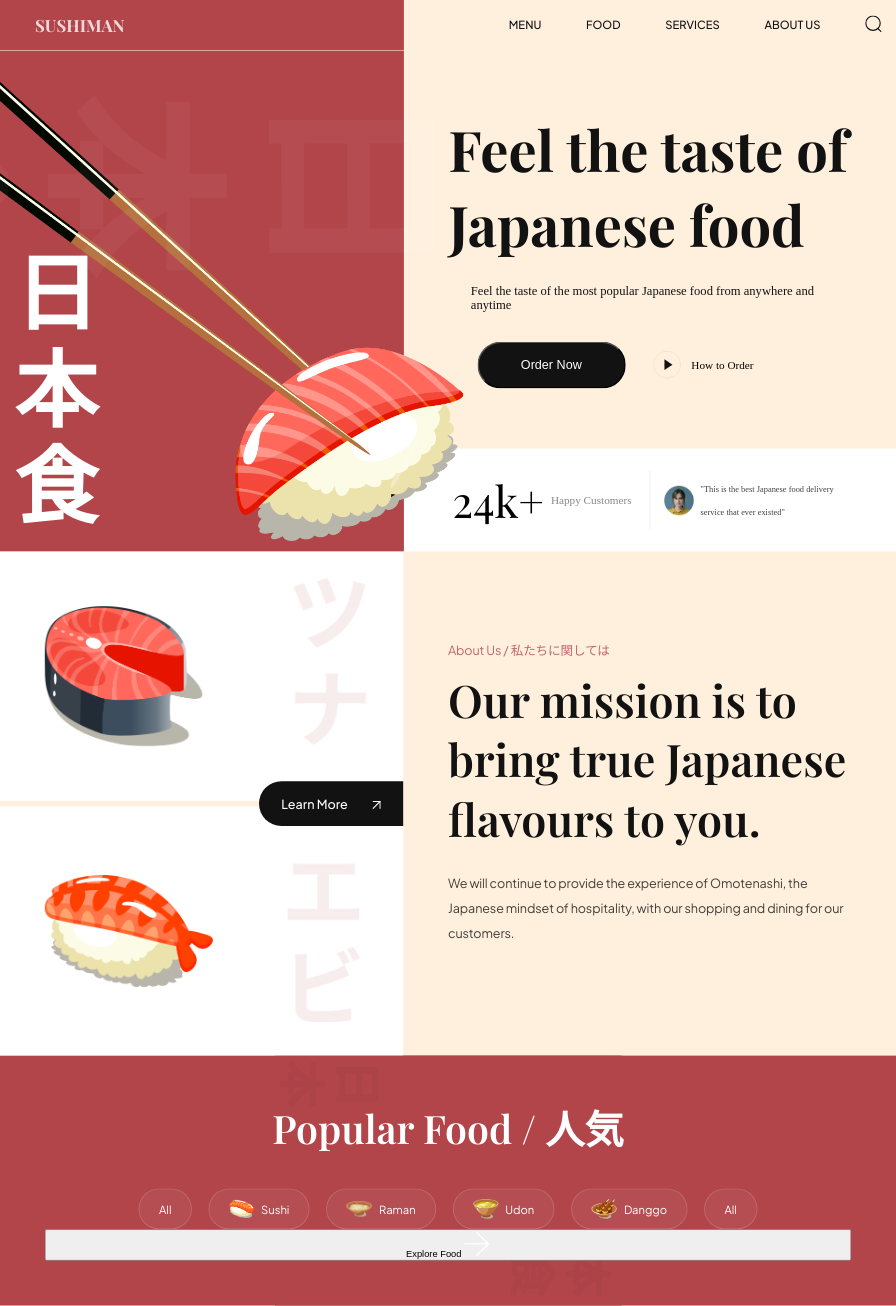
Repository: echoyol/sushiWebsite
Page: index.html
These files come from the project's save history. The page is drawn as it stood at one moment and after the next save; the edit follows.
The browser window is 1280 px wide. The pictures show the whole page, at 70% of full size.

Above is the page before, as saved 2023-06-04 20:02:57.

### index.html
<!DOCTYPE html>
<html lang="en">
  <head>
    <meta charset="UTF-8" />
    <meta
      http-equiv="X-UA-Compatible"
      content="IE=edge"
    />
    <meta
      name="viewport"
      content="width=device-width, initial-scale=1.0"
    />
    <link
      rel="icon"
      type="image/png"
      href="/public/sushi.png"
    />
    <link
      rel="stylesheet"
      href="/css/style.css"
    />
    <title>Sushiman</title>
  </head>
  <body>
    <header>
      <nav class="header_nav">
        <div class="header__logo">
          <h4>Sushiman</h4>
          <div class="header__logo-overlay"></div>
        </div>
        <ul class="header__menu">
          <li>
            <a href="#menu">Menu</a>
          </li>
          <li>
            <a href="#food">Food</a>
          </li>
          <li>
            <a href="#services">Services</a>
          </li>
          <li>
            <a href="#about-us">About Us</a>
          </li>
          <li>
            <img
              src="assets/search.svg"
              alt="search"
            />
          </li>
        </ul>
        <ul class="header__menu-mobile">
          <li>
            <img
              src="assets/menu.svg"
              alt="menu"
            />
          </li>
        </ul>
      </nav>
    </header>

    <section class="hero">
      <div class="hero-image">
        <img
          src="assets/sushi-1.png"
          alt="sushi"
        />
        <h2>
          日<br />
          本<br />
          食
        </h2>

        <div class="hero-image__overlay"></div>
      </div>

      <div class="hero-content">
        <div class="hero-content-info">
          <h1>Feel the taste of Japanese food</h1>
          <p>
            Feel the taste of the most popular Japanese food from anywhere and
            anytime
          </p>

          <div class="hero-content__buttons">
            <button class="hero-content__order-button">Order Now</button>
            <button class="hero-content__play-button">
              <img
                src="assets/play-circle.svg"
                alt="play"
              />
              How to Order
            </button>
          </div>
        </div>
        <div class="hero-content__testimonial">
          <div class="hero-content__customer flex-center">
            <h4>24<span>k+</span></h4>
            <p>Happy Customers</p>
          </div>

          <div class="hero-content__review">
            <img
              src="assets/user.png"
              alt="user"
            />
            <p>
              "This is the best Japanese food delivery service that ever
              existed"
            </p>
          </div>
        </div>
      </div>
    </section>

    <section
      class="about-us"
      id="about-us"
    >
      <div class="about-us__image">
        <div class="about-us__image-sushi3">
          <img
            src="assets/sushi-3.png"
            alt="sushi"
          />
        </div>

        <button class="about-us__button">
          Learn More

          <img
            src="assets/arrow-up-right.svg"
            alt="learn more"
          />
        </button>

        <div class="about-us__image-sushi2">
          <img
            src="assets/sushi-2.png"
            alt="sushi"
          />
        </div>
      </div>

      <div class="about-us__content">
        <p class="sushi__subtitle">About Us / 私たちに関しては</p>
        <h3 class="sushi__title">
          Our mission is to bring true Japanese flavours to you.
        </h3>
        <p class="sushi__description">
          We will continue to provide the experience of Omotenashi, the Japanese
          mindset of hospitality, with our shopping and dining for our
          customers.
        </p>
      </div>
    </section>

    <section
      class="popular-foods"
      id="menu"
    >
      <h2 class="popular-foods__title">Popular Food / 人気</h2>

      <div class="popular-foods__filters sushi__hide-scrollbar">
        <button class="popular-foods__filter-btn active">All</button>
        <button class="popular-foods__filter-btn">
          <img
            src="assets/sushi-9.png"
            alt="sushi 9"
          />
          Sushi
        </button>
        <button class="popular-foods__filter-btn">
          <img
            src="assets/sushi-8.png"
            alt="sushi 8"
          />
          Raman
        </button>
        <button class="popular-foods__filter-btn">
          <img
            src="assets/sushi-7.png"
            alt="sushi 7"
          />
          Udon
        </button>
        <button class="popular-foods__filter-btn">
          <img
            src="assets/sushi-6.png"
            alt="sushi 6"
          />
          Danggo
        </button>
        <button class="popular-foods__filter-btn active">All</button>
      </div>

      <div class="popular-foods__catalogue"></div>

      <button class="popular-foods__button">
        Explore Food
        <img
          src="assets/arrow-right.svg"
          alt="arrow-right"
        />
      </button>
    </section>
    <script
      src="js/script.js"
      type="module"
    ></script>
  </body>
</html>

### css/style.css
@import url('https://fonts.googleapis.com/css2?family=Playfair+Display:wght@400;500;600;700;800;900&display=swap');
@import url('https://fonts.googleapis.com/css2?family=Plus+Jakarta+Sans:wght@200;300;400;500;600;700;800&display=swap');

/* other css file imports */
@import url('sections/header.css');
@import url('sections/hero.css');
@import url('sections/about.css');
@import url('sections/popular.css');
@import url('sections/trending.css');
@import url('sections/subscribe.css');
@import url('sections/footer.css');

/* CSS variables for reusablity across all files (including above imported) */
:root {
  --playfair-display: 'Playfair Display', serif;
  --plus-jakarta-sans: 'Plus Jakarta Sans', sans-serif;

  --primary-color: #b1454a;
  --secondary-color: #121212;

  --black-200: #020202;
  --black-300: #333333;
  --black-400: #1f1e31;
  --black-500: #555555;
  --gray-100: #888888;

  --color-white: #fff;
  --color-creamson: #fff0de;
}

* {
  margin: 0;
  padding: 0;
  box-sizing: border-box;
  scroll-behavior: smooth;
}

body {
  max-width: 1280px;
  margin: 0 auto;
  background-color: var(--color-creamson);
}

a {
  text-decoration: none;
  color: inherit;
}

.flex-center {
  display: flex;
  justify-content: center;
  align-items: center;
}

.flex-between {
  display: flex;
  justify-content: space-between;
  align-items: center;
}

.sushi__subtitle {
  font-size: 18px;
  font-weight: 400;
  font-family: var(--plus-jakarta-sans);

  color: var(--primary-color);
  opacity: 0.8;

  letter-spacing: -0.01em;
}

.sushi__title {
  font-size: 64px;
  font-weight: 600;
  font-family: var(--playfair-display);

  color: var(--secondary-color);

  margin-top: 16px;
}

.sushi__description {
  font-size: 18px;
  font-weight: 400;
  font-family: var(--plus-jakarta-sans);

  line-height: 36px;
  letter-spacing: -0.01em;

  color: var(--secondary-color);
  opacity: 0.8;

  margin: 32px 0px;
}

/* Hide scrollbar for Chrome, Safari and Opera */
.sushi__hide-scrollbar::-webkit-scrollbar {
  display: none;
}

/* Hide scrollbar for IE, Edge and Firefox */
.sushi__hide-scrollbar {
  -ms-overflow-style: none; /* IE and Edge */
  scrollbar-width: none; /* Firefox */
}

/* START: about us media queries */
@media screen and (max-width: 1024px) {
  .about-us {
    flex-direction: column;
  }

  .about-us__image {
    flex-direction: row;
  }

  .about-us__image-sushi3 {
    border-bottom: none;
    border-right: 8px solid var(--color-creamson);
  }

  .about-us__button {
    display: none;
  }
}

@media screen and (max-width: 750px) {
  .about-us__image {
    flex-direction: column;
  }

  .about-us__image-sushi3 {
    border-bottom: 8px solid var(--color-creamson);
    border-right: none;
  }

  .about-us__button {
    display: block;
    top: 47%;
  }
}

@media screen and (max-width: 550px) {
  .about-us__image-sushi2 img,
  .about-us__image-sushi3 img {
    width: 50%;
    height: 160px;

    object-fit: contain;
  }

  .about-us__image div {
    padding: 32px;
  }

  .about-us__button {
    top: 44%;
  }

  .about-us__content {
    padding: 32px;
  }
}
/* END: about us media queries */

/* START: header media querie */
@media screen and (max-width: 900px) {
  .header__nav {
    background: var(--primary-color);
  }

  .header__menu {
    display: none;
  }

  .header__menu-mobile {
    display: flex;
  }
}

@media screen and (max-width: 550px) {
  .header__logo {
    padding-left: 0;
  }
}
/* END: header media queries */

/* START: hero media queries */
@media screen and (max-width: 1060px) {
  .hero {
    flex-direction: column;
  }

  .hero-image img {
    width: 100%;

    transform: matrix(1, 0.05, 0, 1.25, 0, 0) !important;
  }
}

@media screen and (max-width: 750px) {
  .hero-image h2 {
    font-size: 70px;
    line-height: 90px;
  }
}

@media screen and (max-width: 550px) {
  .hero-image h2 {
    font-size: 40px;
    line-height: 60px;
  }

  .hero-content-info {
    padding: 32px;
  }

  .hero-content-info h1 {
    font-size: 60px;
  }

  .hero-content-info p {
    margin: 32px 0;
  }

  .hero-content__buttons {
    margin: 41px 0;
  }

  .hero-content__testimonial {
    padding: 32px;
  }
}
/* END: hero media queries */

/* START: popular media queries */
@media screen and (max-width: 550px) {
  .popular-foods {
    padding: 64px 32px;
  }

  .popular-foods__card,
  .popular-foods__card.active-card {
    min-width: 100%;
  }
}
/* END: popular media queries */

/* START: subscribe media queries */
@media screen and (max-width: 550px) {
  .subscription {
    padding: 64px 32px;
  }

  .subscription h2 {
    font-size: 68px;
    line-height: 100px;
  }

  .subscription__form {
    flex-direction: column;
    gap: 20px;

    min-width: 100%;
    border-radius: 20px;
    padding: 0;

    border: none;
  }

  .subscription__form input {
    min-height: 50px;

    border: 1px solid rgba(255, 255, 255, 0.5);
    padding: 10px 20px;
    border-radius: 30px;
  }

  .subscription__form button {
    min-width: 100%;
  }
}
/* END: subscribe media queries */

/* START: trending media queries */
@media screen and (max-width: 1024px) {
  .trending-sushi {
    flex-direction: column;
  }

  .trending-drink {
    flex-direction: column-reverse;
  }

  .trending__image {
    width: 100%;
    background-size: cover;
  }

  .trending__discover {
    display: none;
  }

  .trending__arrow {
    display: none;
  }
}

@media screen and (max-width: 550px) {
  .trending__image img {
    width: 70%;
    height: 70%;
  }

  .trending__content {
    padding: 32px;
  }
}
/* END: trending media queries */

### js/script.js
// import AOS from 'aos'
// import 'aos/dist/aos.css'

// // init AOS animation
// AOS.init({
//   duration: 1000,
//   offset: 100,
// })

### css/sections/header.css
.header_nav {
  display: flex;
  overflow: hidden;
}

.header__logo {
  flex: 1;
  display: flex;
  position: relative;
  padding: 20px;
}

.header__logo-overlay {
  position: absolute;
  inset: 0;
  width: 100%;
  background-color: var(--primary-color);
  z-index: -1;
}

.header__logo h4 {
  padding-left: 30px;
  font-weight: 700;
  font-size: 24px;
  text-transform: uppercase;
  font-family: var(--playfair-display);
  color: #fff;
  opacity: 0.8;
}

.header__menu,
.header__menu-mobile {
  padding: 20px;
  flex: 1.236;
  display: flex;
  align-items: center;
  justify-content: flex-end;
  gap: 64px;

  list-style: none;
}

.header__menu li {
  font-weight: 500;
  font-family: var(--plus-jakarta-sans);
  color: var(--secondary-color);
  font-size: 16px;
  text-transform: uppercase;
  line-height: 20px;
  cursor: pointer;
}

.header__menu li img {
  width: 24px;
  height: 24px;
  object-fit: contain;
}

.header__menu-mobile {
  display: none;
  gap: 20px;
  position: relative;
}

### css/sections/hero.css
.hero {
  display: flex;
  min-height: calc(100vh-74px);
  overflow: hidden;
}

.hero-image {
  flex: 1;
  display: flex;
  flex-direction: column;
  position: relative;
  z-index: 5;
}

.hero-image img {
  width: 120%;
  height: 100%;
  object-fit: contain;
}

.hero-image__overlay {
  position: absolute;
  inset: 0;
  width: 100%;
  background-color: var(--primary-color);
  z-index: -1;
}

.hero-image h2 {
  position: absolute;
  bottom: 0;
  padding: 20px;
  font-family: var(--playfair-diaplay);
  font-weight: 700;
  font-size: 120px;
  line-height: 138px;
  color: #fff;
}

.hero-content {
  flex: 1.22;
  display: flex;
  justify-content: space-between;
  flex-direction: column;
}

.hero-content-info {
  padding: 64px;
  flex: 1;
  display: flex;
  justify-content: center;
  flex-direction: column;
}

.hero-content-info h1 {
  font-size: 80px;
  font-weight: 600px;
  font-family: var(--playfair-display);
  color: var(--secondary-color);
}

.hero-content-info p {
  margin: 32px 0 0 32px;
  font-family: var(--plus-jakarta-sana);
  color: var(--secondary-color);
  font-size: 18px;
  font-weight: 400;
}

.hero-content__buttons {
  margin: 41px 0 0 41px;
  display: flex;
  flex-wrap: wrap;
  gap: 36px;
}

.hero-content__order-button {
  padding: 20px;
  border-radius: 36px;
  min-width: 212px;
  outline: none;
  background-color: var(--secondary-color);
  cursor: pointer;
  color: #fff;
  font-weight: 500;
  font-size: 18px;
  line-height: 23px;
}

.hero-content__play-button {
  border: none;
  outline: none;
  background: transparent;

  display: flex;
  align-items: center;

  font-size: 16px;
  line-height: 19px;
  color: var(--black-200);
  font-family: var(--plus-jakarta-sana);

  cursor: pointer;
}

.hero-content__play-button img {
  margin-right: 12px;

  width: 46px;
  height: 46px;
  object-fit: contain;
}

.hero-content__testimonial {
  padding: 32px 64px;

  display: flex;
  flex-wrap: wrap;
  gap: 20px;

  background: var(--color-white);
}

.hero-content__customer {
  flex: 1;
  gap: 10px;
}

.hero-content__customer h4 {
  font-size: 62px;
  font-weight: 400;
  font-family: var(--playfair-display);
}

.hero-content__customer p {
  font-size: 16px;
  font-weight: 400;
  font-family: var(--plus-jakarta-sana);
  color: var(--secondary-color);
  opacity: 0.5;
}

.hero-content__review {
  flex: 1;
  display: flex;
  align-items: center;
  gap: 10px;

  padding-left: 20px;
  border-left: 1px solid rgba(2, 2, 2, 0.1);
  min-width: 200px;
}
.hero-content__review img {
  width: 42px;
  height: 42px;
  object-fit: contain;
}

.hero-content__review p {
  font-size: 12px;
  font-weight: 400;
  line-height: 32px;
  font-family: var(--plus-jakarta-sana);
  color: var(--secondary-color);
  opacity: 0.8;
}

### css/sections/about.css
.about-us {
  display: flex;
  min-height: 720px;
  overflow: hidden;
}

.about-us__image {
  flex: 1;
  display: flex;
  flex-direction: column;
  justify-content: center;

  background: var(--color-white);

  position: relative;
}

.about-us__image div {
  padding: 32px 64px;

  flex: 1;
  display: flex;
  align-items: center;

  background-position: center;
  background-repeat: no-repeat;
  background-size: contain;
}

.about-us__image-sushi3 {
  border-bottom: 8px solid var(--color-creamson);

  background-image: url('../../assets/about_bg1.png');
}

.about-us__image-sushi2 {
  background-image: url('../../assets/about_bg2.png');
}

.about-us__image-sushi3 img {
  width: 225px;
  height: 200px;
}

.about-us__image-sushi2 img {
  width: 240px;
  height: 160px;
}

.about-us__button {
  position: absolute;
  right: 0;

  padding: 12px 32px;
  min-height: 64px;

  background: var(--secondary-color);
  border-radius: 32px 0 0 32px;
  border: 0;
  outline: 0;

  color: #fff;
  font-family: var(--plus-jakarta-sans);
  font-weight: 500;
  font-size: 18px;
  line-height: 23px;
  cursor: pointer;
}

.about-us__button img {
  object-fit: contain;
  margin-left: 32px;
}

.about-us__content {
  padding: 64px;

  flex: 1;
  display: flex;
  justify-content: center;
  flex-direction: column;
}

### css/sections/popular.css
.popular-foods {
  padding: 64px;

  display: flex;
  flex-direction: column;

  background-color: var(--primary-color);
  background-image: url('../../assets/popular_bg.png');
  background-position: center;
  background-repeat: no-repeat;
  background-size: contain;

  overflow: hidden;
}

.popular-foods__title {
  font-size: 56px;
  font-family: var(--playfair-display);
  font-weight: 600;
  line-height: 78px;
  color: #fff;
  text-align: center;
}

.popular-foods__filters {
  margin-top: 48px;
  max-width: 100%;
  overflow-x: auto;

  display: flex;
  justify-content: center;
  gap: 24px;
}

.popular-foods__filter-btn {
  padding: 10px 28px;

  display: flex;
  flex-direction: row;
  align-items: center;
  gap: 10px;

  background: rgba(255, 255, 255, 0.05);
  border: 1px solid rgba(255, 255, 255, 0.2);
  border-radius: 46px;

  font-size: 16px;
  font-weight: 300px;
  line-height: 25px;
  font-family: var(--plus-jakarta-sans);
  color: #fff;
  cursor: pointer;
}

.popular-foods__filter-btn img {
  width: 36px;
  height: 36px;
  object-fit: contain;
}

.popular-foods__filter-btn.active {
}

Loaded but not shown: css/sections/trending.css (no stored copy; drawn as an empty file); css/sections/subscribe.css (no stored copy; drawn as an empty file); css/sections/footer.css (no stored copy; drawn as an empty file)

After the next save:
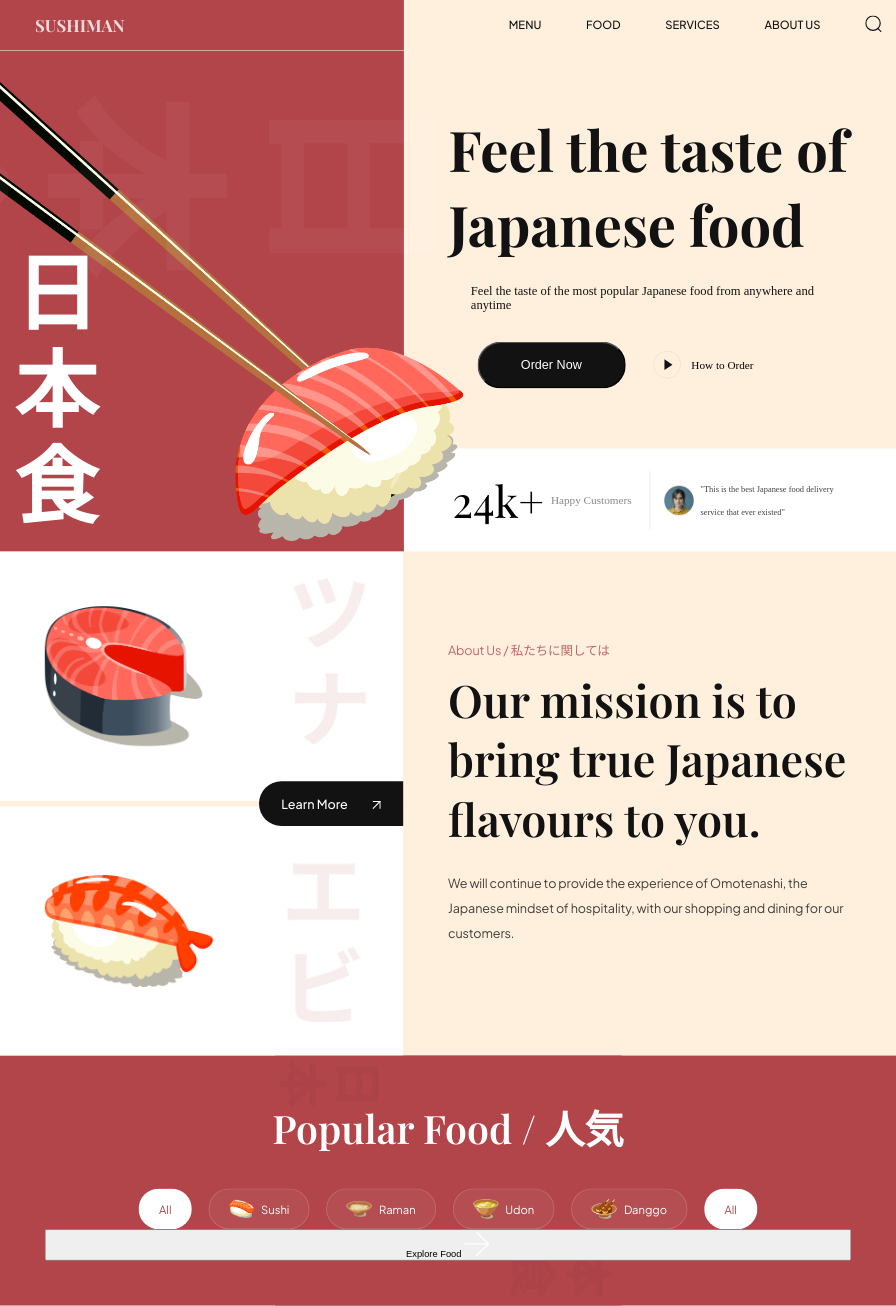
Saved 3 min 37 s later.
--- a/css/sections/popular.css
+++ b/css/sections/popular.css
@@ -59,4 +59,11 @@
 }
 
 .popular-foods__filter-btn.active {
+  background-color: #fff;
+  color: var(--primary-color);
 }
+
+.popular-foods__filter-btn:hover {
+  background-color: #fff;
+  color: var(--primary-color);
+}
